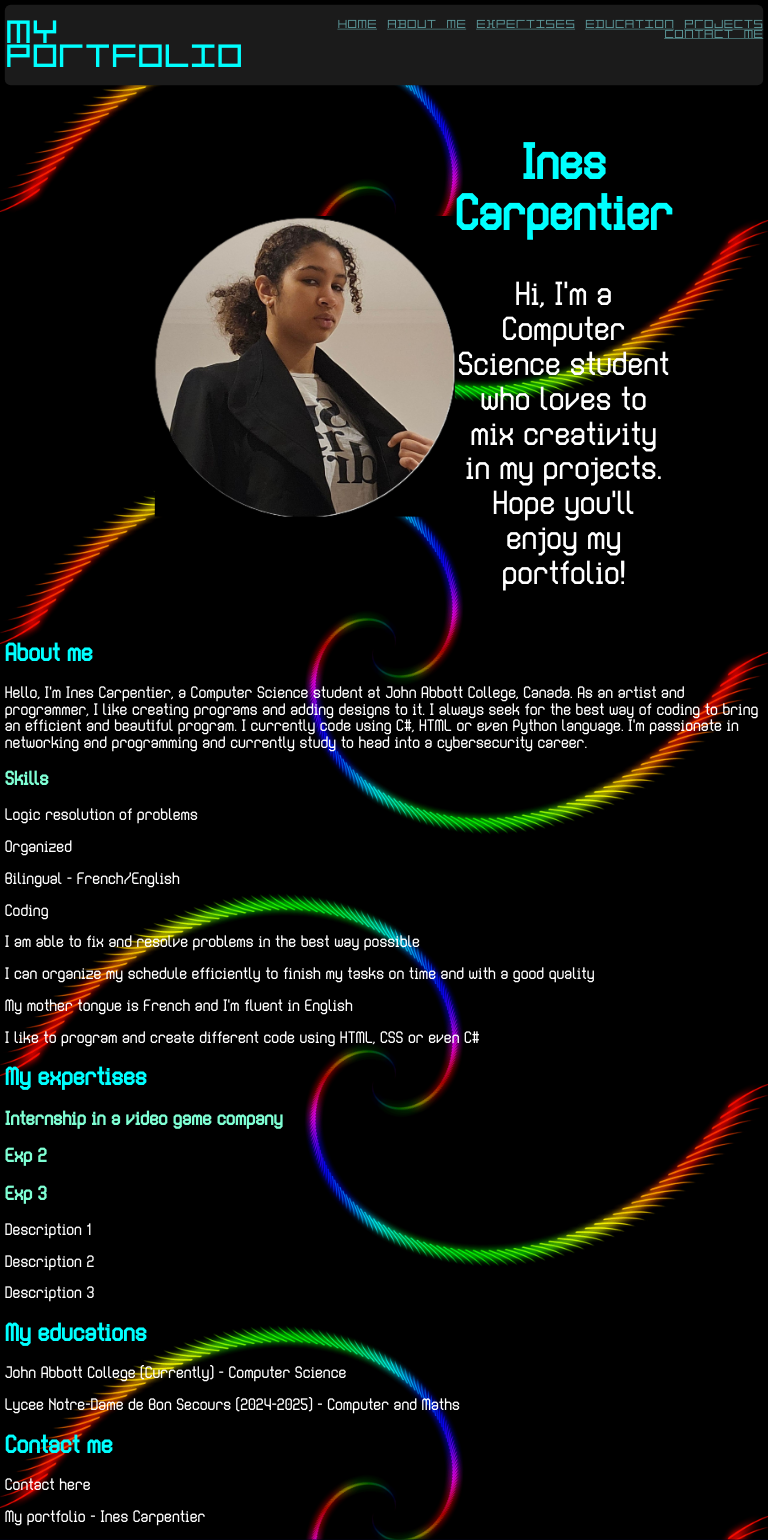
Repository: InsCarp/InsCarp
Page: index.html
These files come from the project's save history. The page is drawn as it stood at one moment and after the next save; the edit follows.
The browser window is 1280 px wide. The pictures show the whole page, at 60% of full size.
Backgrounds fixed to the window are drawn as part of the page.

Above is the page before, as saved 2026-05-08 13:00:50.

### index.html
<!DOCTYPE html>
<html lang="en">
<head>
    <meta charset="UTF-8">
    <meta name="viewport" content="width=device-width, initial-scale=1.0">
    <link rel="icon" href="/assets/images/Logo.svg" type="image/svg" />
    <link rel="stylesheet" href="/styles/globals.css" type="text/css"/>
    <link rel="stylesheet" href="/styles/index.css" type="text/css"/>

    <title>Portfolio - Ines Carpentier</title>
</head>
<header>
    <h1 id="Title">My portfolio</h1>
    <nav>
        <a href="index.html">Home</a>
        <a href="#About">About me</a>
        <a href="#Expertises">Expertises</a>
        <a href="#Education">Education</a>
        <a href="project.html">Projects</a> <!--Put my project page here-->
        <a href="#Contact">Contact me</a>
    </nav>
</header>
<body>
    <div class="Intro">
        <article>
            <img
               src="/assets/images/me.png"
                    srcset="
                    /assets/images/me.jpg   400w,
                    /assets/images/me.jpg   800w,
                    /assets/images/me.jpg 1200w
                    "
                    sizes="100vw"
                    alt="Me in a circle"
                    id="Me"
            />
        </article>
        <article id="intro">
            <h2>Ines Carpentier</h2>
            <p>Hi, I'm a Computer Science student who loves to mix creativity in my projects.
                Hope you'll enjoy my portfolio!</p>
        </article>
    </div>
    <div class="About">
        <h2 id="About">About me</h2>
        <p>Hello, I'm Ines Carpentier, a Computer Science student at John Abbott College, Canada. As an artist and programmer, I like creating programs and adding designs to it. I always seek for the
             best way of coding to bring an efficient and beautiful program. I currently code using C#, HTML or even Python language. I'm passionate in networking and programming and currently study to head into a cybersecurity career.</p>
        <h3>Skills</h3>
        <article>
            <p>Logic resolution of problems</p>
            <p>Organized</p>
            <p>Bilingual - French/English</p>
            <p>Coding</p>
        </article>
        <article>
            <p>I am able to fix and resolve problems in the best way possible</p>
            <p>I can organize my schedule efficiently to finish my tasks on time and with a good quality</p>
            <p>My mother tongue is French and I'm fluent in English</p>
            <P>I like to program and create different code using HTML, CSS or even C#</P>
        </article>
    </div>
    <div class="Exp">
        <h2 id="Expertises">My expertises</h2>
        <article>
            <h3>Internship in a video game company</h3>
            <h3>Exp 2</h3>
            <h3>Exp 3</h3>
        </article>
        <article>
            <p>Description 1</p>
            <p>Description 2</p>
            <p>Description 3</p>
        </article>
    </div>
    <div class="Education">
        <h2 id="Education">My educations</h2>
        <p>John Abbott College (Currently) - Computer Science
        </p>
        <p>Lycee Notre-Dame de Bon Secours (2024-2025) - Computer and Maths</p>
    </div>
    <div class="Contact">
        <h2 id="Contact">Contact me</h2>
        <p>Contact here</p>
    </div>
</body>
<footer>
    <p>My portfolio - Ines Carpentier</p>
</footer>
</html>

### styles/globals.css
@font-face {
    font-family: Title;
    src: url(/assets/fonts/Y224-2vdae.ttf);
}
@font-face {
    font-family: Portfolio;
    src: url(/assets/fonts/Eightgon-OGn6p.ttf);
}

html{
    font-size:25px;
}

a {
    color:cadetblue;
}

a:visited{
    color:aquamarine;
}
a:hover{
    color:greenyellow;
}
a:active{
    color:yellow;
}

body{
    background-color:rgb(0, 2, 36);
    color:rgb(255, 255, 255);
    background-image: url(../assets/images/back.gif);
    background-size: cover;
    background-repeat: no-repeat;
    background-attachment: fixed;
    font-family: Portfolio;
}




h1, h2{
    color:aqua;

}

h3{
    color:aquamarine;
}


header {

    display: flex;

    flex-direction: row;
    font-family: Title;
    justify-content: space-between;
    background-color:rgb(27, 27, 27);
    border-radius: 10px;
    font-size:0.8rem;


}
nav{
    display:none;
}


@media only screen and (min-width: 800px){
    header {
    display: flex;
    flex-direction: row;
    font-family: Title;
    justify-content: space-between;

}
nav{
    text-align:right;
    display:initial;
    font-size:0.4rem;
    margin-top:8%;


}
}

@media only screen and (min-width: 1200px){
    header {
    display: flex;
    flex-direction: row;
    font-family: Title;
    justify-content: space-between;



}
nav{
    text-align:right;
    display:initial;
    font-size:0.6rem;
    margin-top:2%;



}
}

### styles/index.css
.Intro{
    margin-top: 1rem;
    display:flex;
    flex-direction: column;
    align-items: center;
}

#intro{

    text-align: center;
    font-size:2rem;

}

#Me{
    margin-top: 1rem;
    width:15rem;
}


@media only screen and (min-width: 800px){
    .Intro{
    margin-top: 1rem;
    display:flex;
    flex-direction: row;
    justify-content: space-between;
}

#intro{

    text-align: center;
    font-size:2rem;
    width: 20rem;
    margin-right: 10rem;
}

#Me{
    margin-left:10rem;
    width:20rem;
}
}

After the next save:
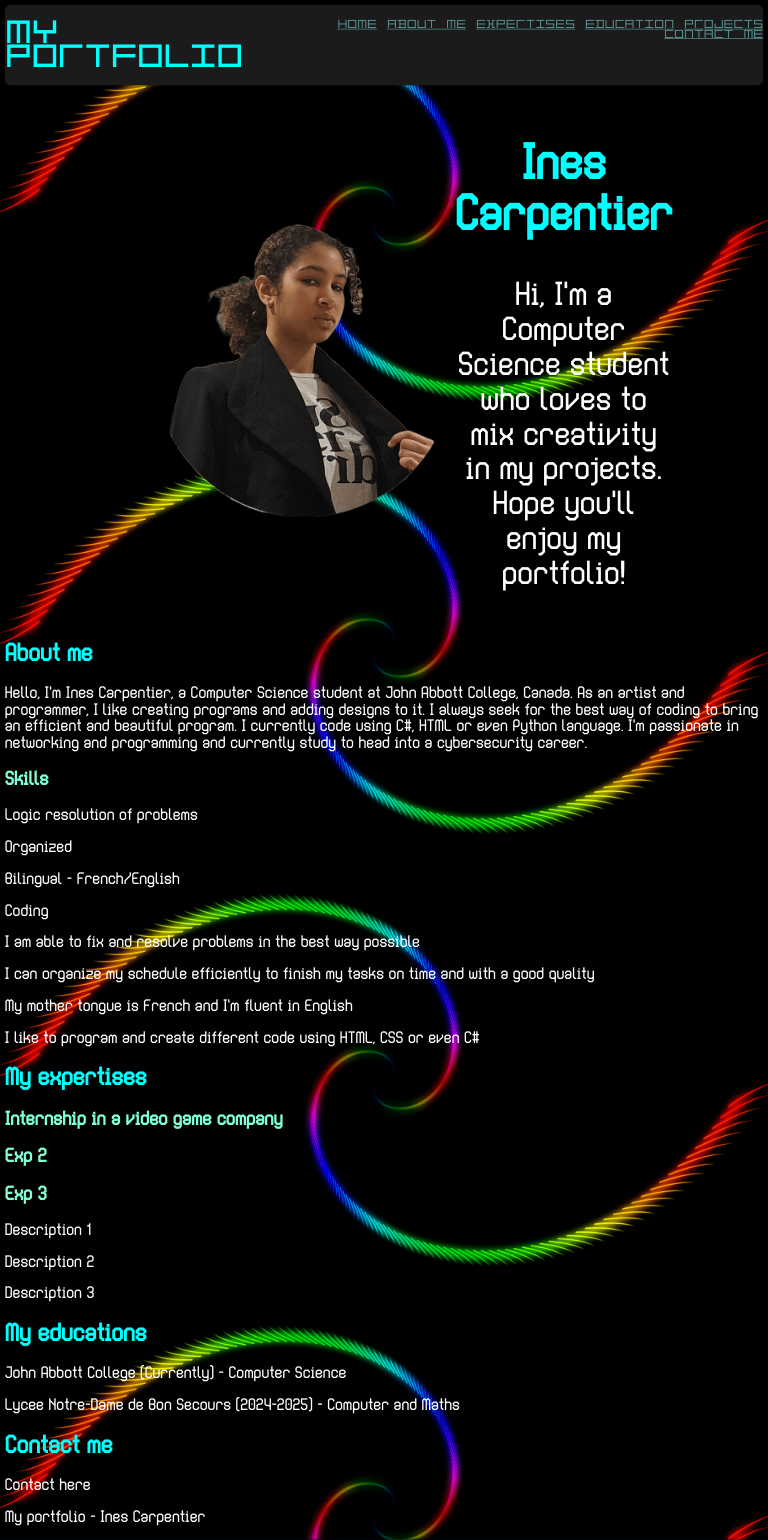
Saved 75 s later.
--- a/index.html
+++ b/index.html
@@ -24,16 +24,7 @@
     <div class="Intro">
         <article>
             <img
-               src="/assets/images/me.png"
-                    srcset="
-                    /assets/images/me.jpg   400w,
-                    /assets/images/me.jpg   800w,
-                    /assets/images/me.jpg 1200w
-                    "
-                    sizes="100vw"
-                    alt="Me in a circle"
-                    id="Me"
-            />
+               src="/assets/images/me.png" id="Me" alt="My image"/>
         </article>
         <article id="intro">
             <h2>Ines Carpentier</h2>
